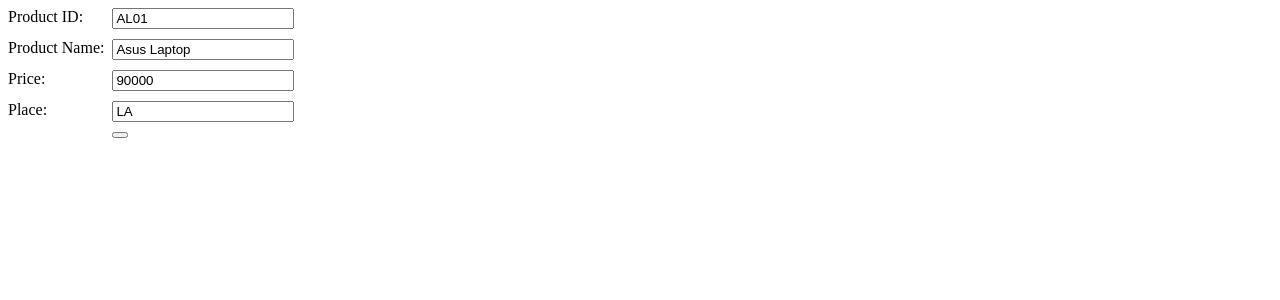
Repository: chofong1999/workspace202607
Page: mvweb0716/src/main/webapp/product.html
An editor plug-in stored every save of this project. The page is shown before and after the next save, followed by the edit.
The browser window is 1280 px wide. The pictures show the whole page.

Above is the page before, as saved 2026-07-16 03:41:00.

After the next save:
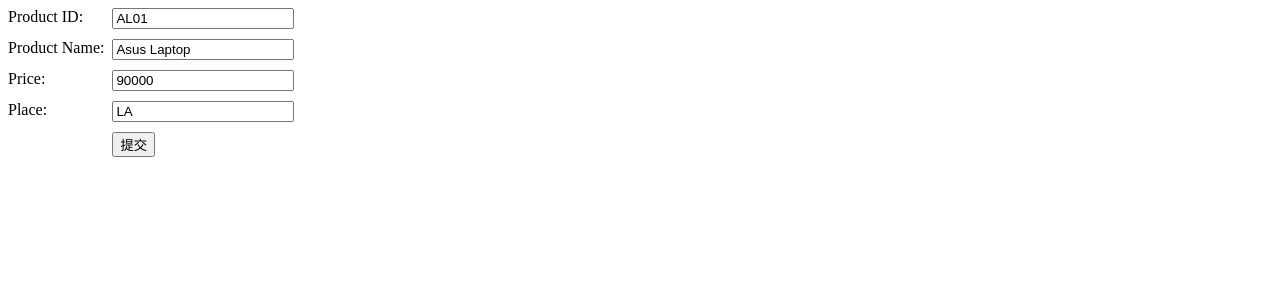
Saved 10 s later.
--- a/mvweb0716/src/main/webapp/product.html
+++ b/mvweb0716/src/main/webapp/product.html
@@ -29,7 +29,7 @@
     Product Name:<input name="product_name" value="Asus Laptop">
     Price:<input name="price" value="90000">
     Place:<input name="place" value="LA">
-    <button></button>
+    <button>提交</button>
 </form>
 
 </body>
